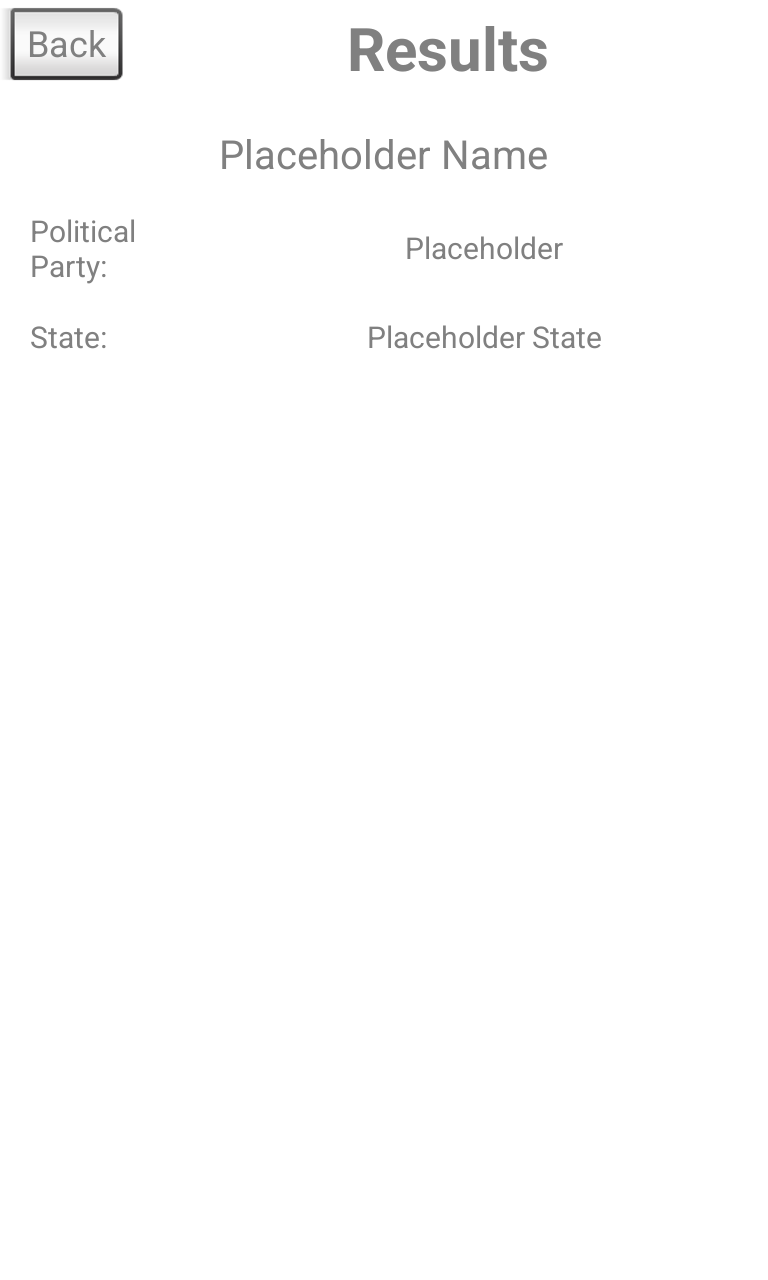
Repository: scottcaruso/Java_I_1307_Week4
Layout: myGov/res/layout/politician_display.xml
An editor plug-in stored every save of this project. The layout is shown before and after the next save, followed by the edit.
It is drawn on a 768 x 1280 px phone screen (xhdpi) without system bars, with theme AppTheme; the app's code is not run.

Above is the layout before, as saved 2013-08-01 21:14:24.

### myGov/res/layout/politician_display.xml
<?xml version="1.0" encoding="utf-8"?>
<LinearLayout xmlns:android="http://schemas.android.com/apk/res/android"
    android:layout_width="match_parent"
    android:layout_height="match_parent"
    android:orientation="vertical" >


    <LinearLayout
        android:layout_width="match_parent"
        android:layout_height="wrap_content"
        android:orientation="horizontal">
	    <Button
	        android:id="@+id/back"
	        style="@android:style/Widget.Holo.Button.Inset"
	        android:layout_width="wrap_content"
	        android:layout_height="wrap_content"
	        android:hint="@string/back" />

	    <TextView
	        android:id="@+id/foundpoliticians"
	        android:layout_width="match_parent"
	        android:layout_height="wrap_content"
	        android:layout_gravity="center"
	        android:gravity="center"
	        android:hint="@string/results"
	        android:textStyle="bold"
	        android:textSize="30sp" />

    </LinearLayout>

        <TextView
            android:id="@+id/politicianName"
            android:layout_width="wrap_content"
            android:layout_height="wrap_content"
            android:layout_gravity="center_horizontal"
            android:layout_marginTop="15dp"
            android:gravity="center"
            android:hint="@string/politician_name"
            android:textSize="20sp" />

     <LinearLayout
         android:id="@+id/partyLayout"
         android:layout_width="match_parent"
         android:layout_height="wrap_content"
         android:layout_marginTop="15dp"
         android:orientation="horizontal" >

         <TextView
             android:id="@+id/partylabel"
             android:layout_width="85dp"
             android:layout_height="wrap_content"
             android:layout_marginLeft="15dp"
             android:hint="@string/political_party_"
             android:textSize="15sp" />

         <TextView
             android:id="@+id/partytext"
             android:layout_width="match_parent"
             android:layout_height="wrap_content"
             android:layout_gravity="center"
	         android:gravity="center"
             android:hint="@string/placeholder"
             android:textSize="15sp" />
     </LinearLayout>

     <LinearLayout
         android:id="@+id/stateLayout"
         android:layout_width="match_parent"
         android:layout_height="wrap_content"
         android:layout_marginTop="15dp"
         android:orientation="horizontal" >

         <TextView
             android:id="@+id/statelabel"
             android:layout_width="85dp"
             android:layout_height="wrap_content"
             android:layout_marginLeft="15dp"
             android:hint="@string/state_"
             android:textSize="15sp" />

         <TextView
             android:id="@+id/partytext"
             android:layout_width="match_parent"
             android:layout_height="wrap_content"
             android:layout_gravity="center"
	         android:gravity="center"
             android:hint="@string/placeholder_state"
             android:textSize="15sp" />

     </LinearLayout>

final TextView polLabel = UIElementCreator.createLabel(currentMainContext, "Politician Name: ");
				final TextView polPartyLabel = UIElementCreator.createLabel(currentMainContext, "Party Affiliaition: ");
				final TextView polStateLabel = UIElementCreator.createLabel(currentMainContext, "From State: ");
				final TextView polTermLabel = UIElementCreator.createLabel(currentMainContext, "Term Started: ");
				final TextView polTwitterLabel = UIElementCreator.createLabel(currentMainContext, "Twitter Handle: ");
				final TextView polWebsiteLabel = UIElementCreator.createLabel(currentMainContext, "Website Address: ");

				final TextView polName = UIElementCreator.createLabel(currentMainContext,thisPol.getString("Name"));
				final TextView polParty = UIElementCreator.createLabel(currentMainContext, thisPol.getString("Party"));
				final TextView polState = UIElementCreator.createLabel(currentMainContext, thisPol.getString("State"));
				final TextView polTerm = UIElementCreator.createLabel(currentMainContext, thisPol.getString("Term Start"));
				final TextView polTwitter = UIElementCreator.createLabel(currentMainContext, thisPol.getString("Twitter"));
				final TextView polWebsite = UIElementCreator.createLabel(currentMainContext, thisPol.getString("Website"));

</LinearLayout>

### myGov/res/values/strings.xml
<?xml version="1.0" encoding="utf-8"?>
<resources>

    <string name="app_name">myGov</string>
    <string name="action_settings">Settings</string>
    <string name="hello_world">Hello world!</string>
    <string name="enter_zip">Enter Zip</string>
    <string name="search_now">Search Now</string>
    <string name="view_saved_politicians">View Saved Politicians</string>
    <string name="back">Back</string>
    <string name="results">Results</string>
    <string name="politician_name">Placeholder Name</string>
    <string name="political_party_">Political Party:</string>
    <string name="placeholder">Placeholder</string>
    <string name="state_">State:</string>
    <string name="placeholder_state">Placeholder State</string>

</resources>

Loaded but not shown: myGov/res/values/styles.xml (common file); myGov/res/values-v11/styles.xml (common file); myGov/res/values-v14/styles.xml (common file)

After the next save:
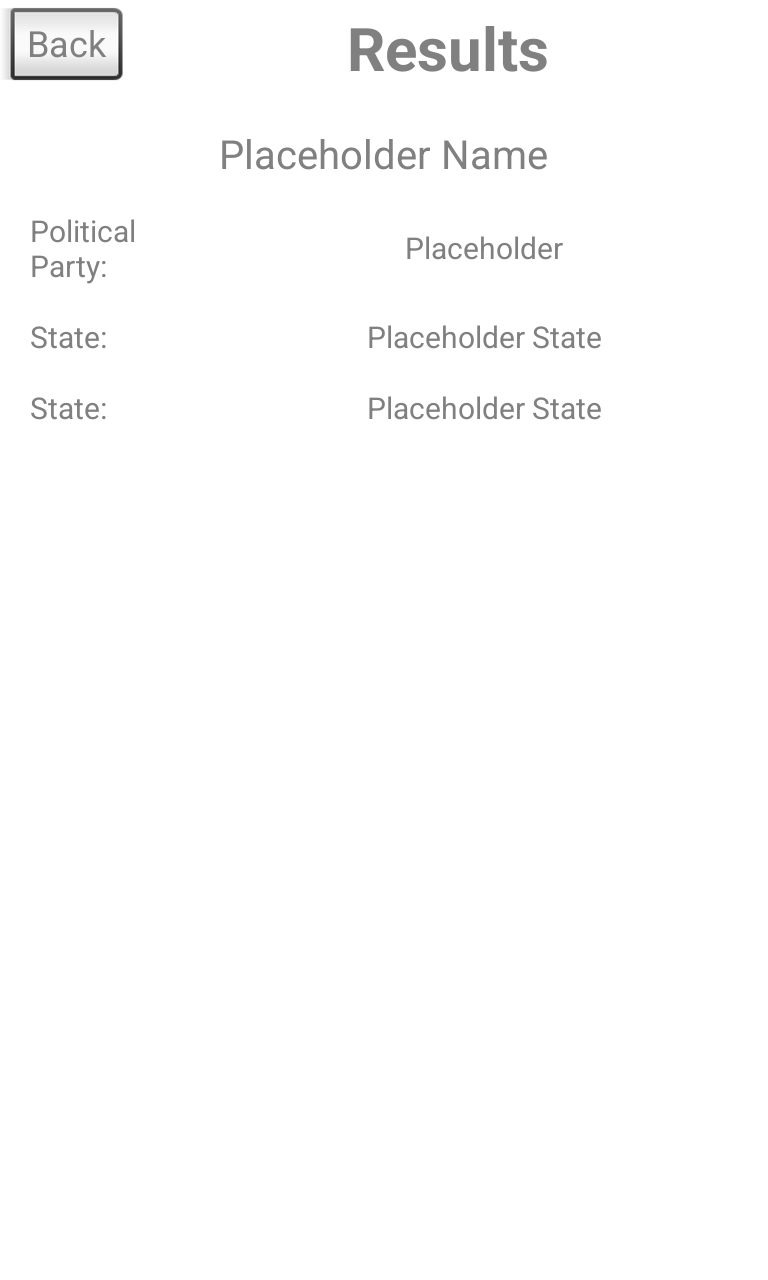
Saved 23 s later.
--- a/myGov/res/layout/politician_display.xml
+++ b/myGov/res/layout/politician_display.xml
@@ -89,6 +89,32 @@
 
      </LinearLayout>
 
+     <LinearLayout
+         android:id="@+id/stateLayout"
+         android:layout_width="match_parent"
+         android:layout_height="wrap_content"
+         android:layout_marginTop="15dp"
+         android:orientation="horizontal" >
+
+         <TextView
+             android:id="@+id/statelabel"
+             android:layout_width="85dp"
+             android:layout_height="wrap_content"
+             android:layout_marginLeft="15dp"
+             android:hint="@string/state_"
+             android:textSize="15sp" />
+
+         <TextView
+             android:id="@+id/partytext"
+             android:layout_width="match_parent"
+             android:layout_height="wrap_content"
+             android:layout_gravity="center"
+	         android:gravity="center"
+             android:hint="@string/placeholder_state"
+             android:textSize="15sp" />
+
+     </LinearLayout>
+
 final TextView polLabel = UIElementCreator.createLabel(currentMainContext, "Politician Name: ");
 				final TextView polPartyLabel = UIElementCreator.createLabel(currentMainContext, "Party Affiliaition: ");
 				final TextView polStateLabel = UIElementCreator.createLabel(currentMainContext, "From State: ");
